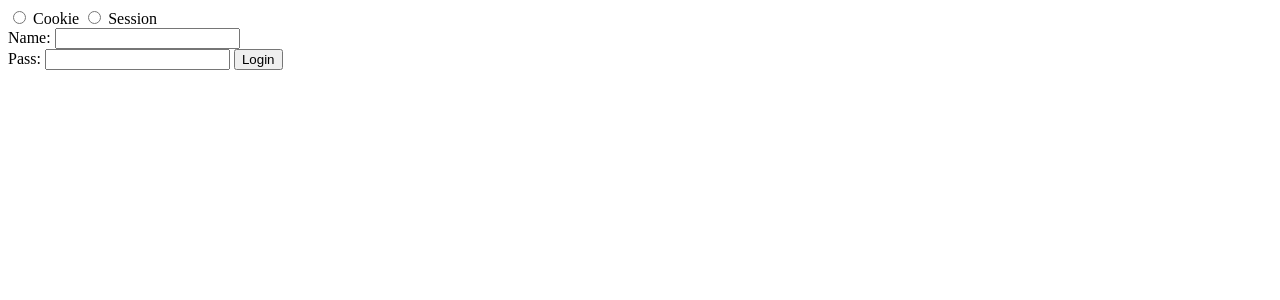
Repository: finntranne/23110334_TranHuuThoai_BaiTapCaNhanLapTrinhWeb
Page: HelloWorld/src/main/webapp/views/Login.html
These files come from the project's save history. The page is drawn as it stood at one moment and after the next save; the edit follows.
The browser window is 1280 px wide. The pictures show the whole page.

Above is the page before, as saved 2025-08-22 11:33:51.

After the next save:
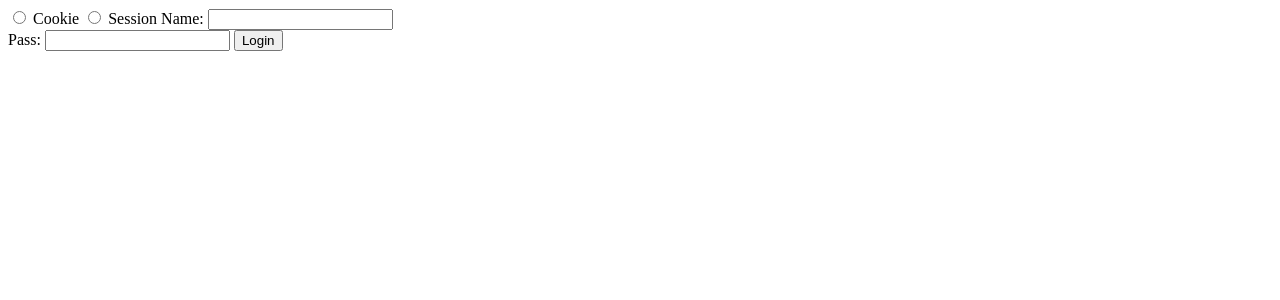
Saved 75 s later.
--- a/HelloWorld/src/main/webapp/views/Login.html
+++ b/HelloWorld/src/main/webapp/views/Login.html
@@ -5,10 +5,11 @@
 <title>Insert title here</title>
 </head>
 <body>
-<input type="radio" name="Method" value="Cookie"> Cookie
-<input type="radio" name="Method" value="Session"> Session
+
 
 	<form action="login" method="Post">
+	<input type="radio" name="Method" value="Cookie"> Cookie
+	<input type="radio" name="Method" value="Session"> Session
 		Name: <input type="text" name="username"> <br /> Pass: <input
 			type="password" name="password" /> <input type="submit" value="Login" />
 	</form>

After the save that followed:
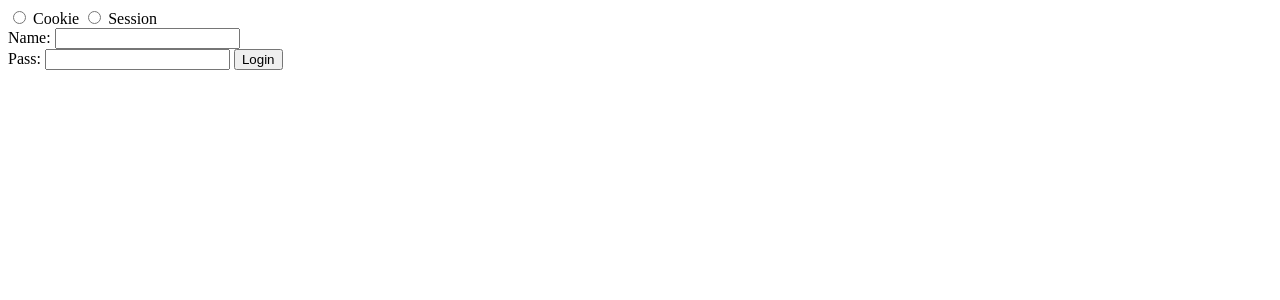
Saved 69 s later.
--- a/HelloWorld/src/main/webapp/views/Login.html
+++ b/HelloWorld/src/main/webapp/views/Login.html
@@ -8,10 +8,11 @@
 
 
 	<form action="login" method="Post">
-	<input type="radio" name="Method" value="Cookie"> Cookie
-	<input type="radio" name="Method" value="Session"> Session
+		<input type="radio" name="Method" value="Cookie"> Cookie <input
+			type="radio" name="Method" value="Session"> Session <br />
 		Name: <input type="text" name="username"> <br /> Pass: <input
-			type="password" name="password" /> <input type="submit" value="Login" />
+			type="password" name="password" /> <input type="submit"
+			value="Login" />
 	</form>
 </body>
 </html>
